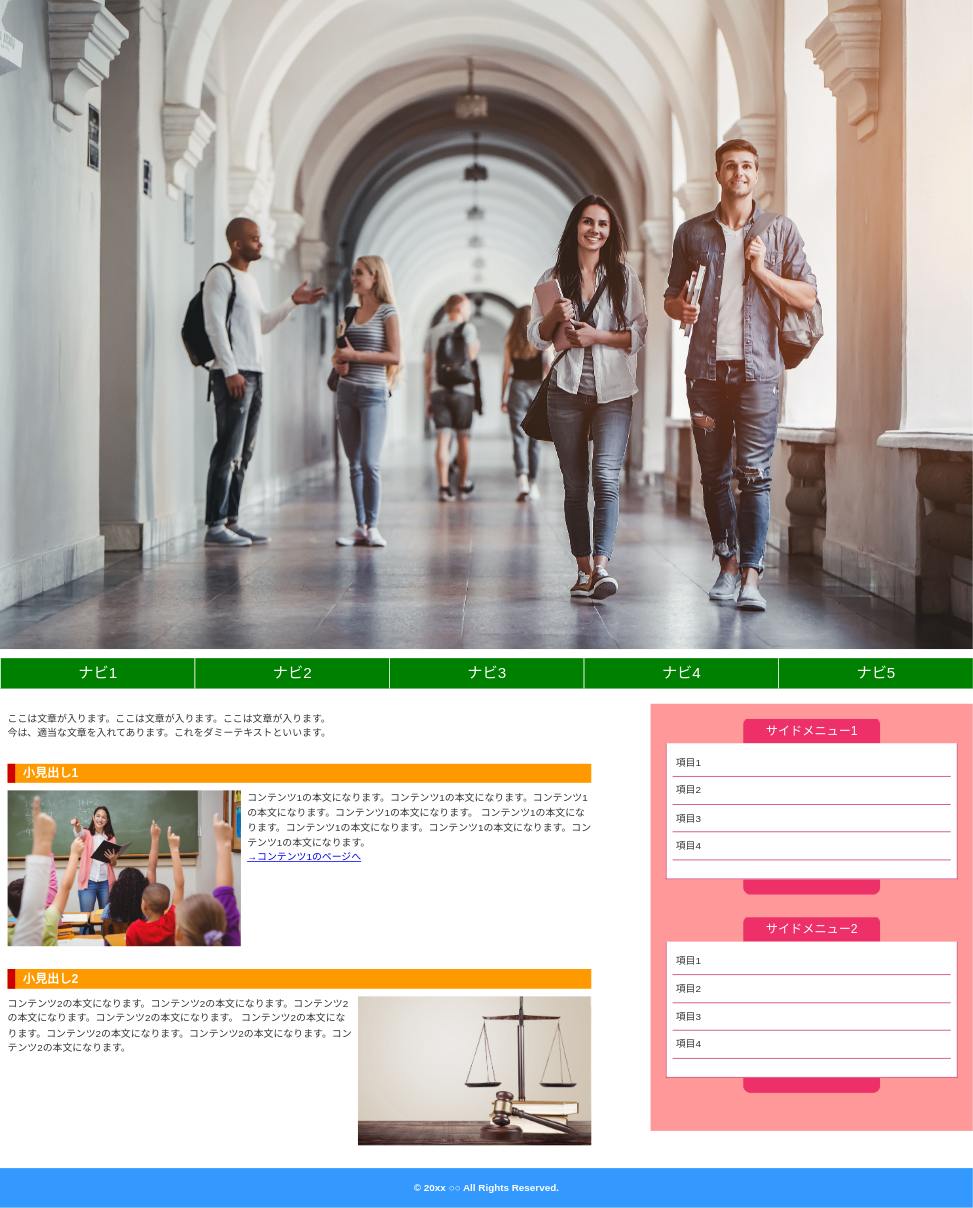
Repository: Rei-Yamaguchi/samurai_HTML-CSS
Page: home.html
The author's editor kept a record of every edit. The page is drawn from the files as they stood at one moment, then again after the next edit.
The browser window is 1280 px wide. The pictures show the whole page, at 76% of full size.

Above is the page before.

After the next edit:
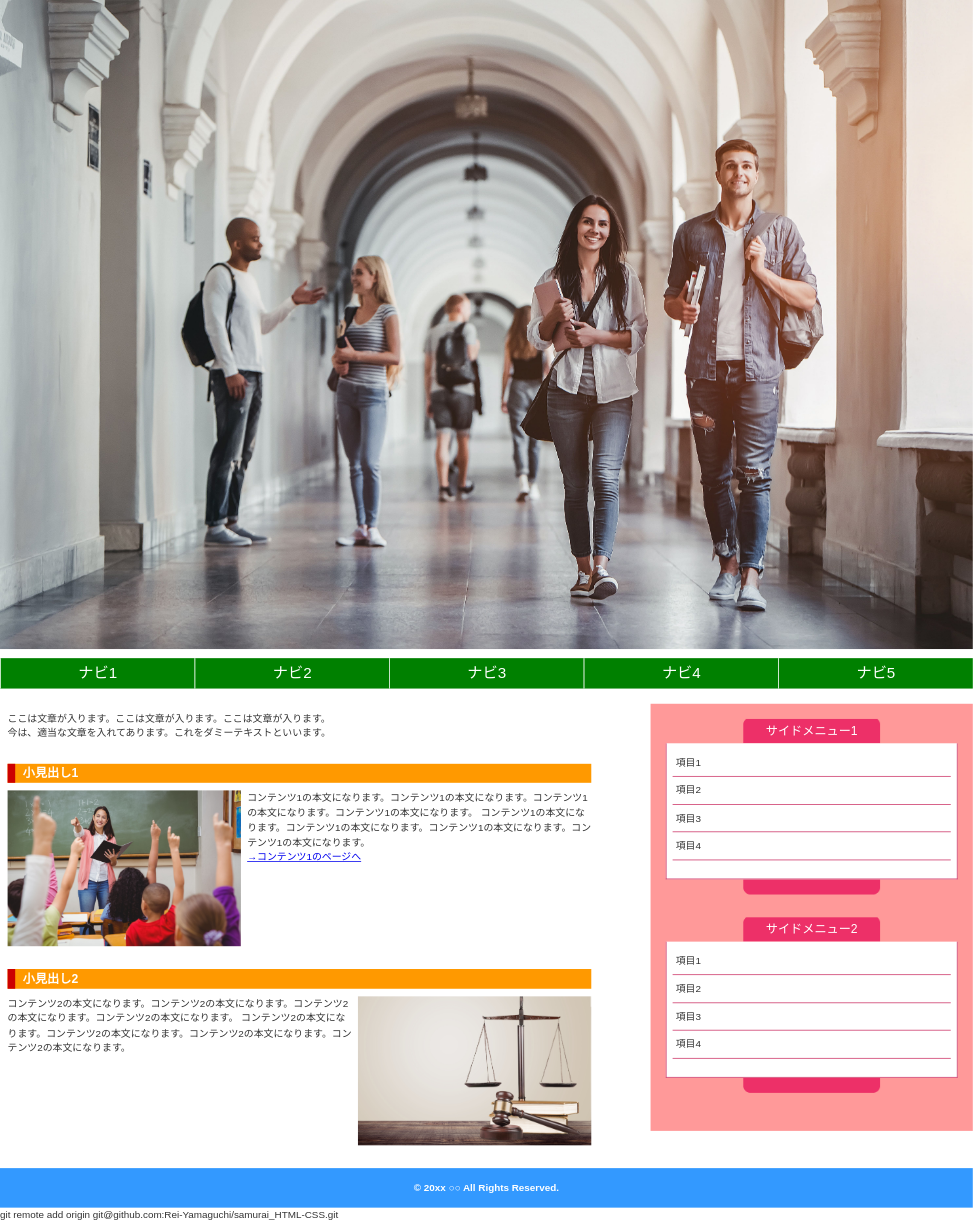
The edit:
--- a/home.html
+++ b/home.html
@@ -73,3 +73,5 @@
         </div>
     </body>
 </html>
+
+git remote add origin git@github.com:Rei-Yamaguchi/samurai_HTML-CSS.git
